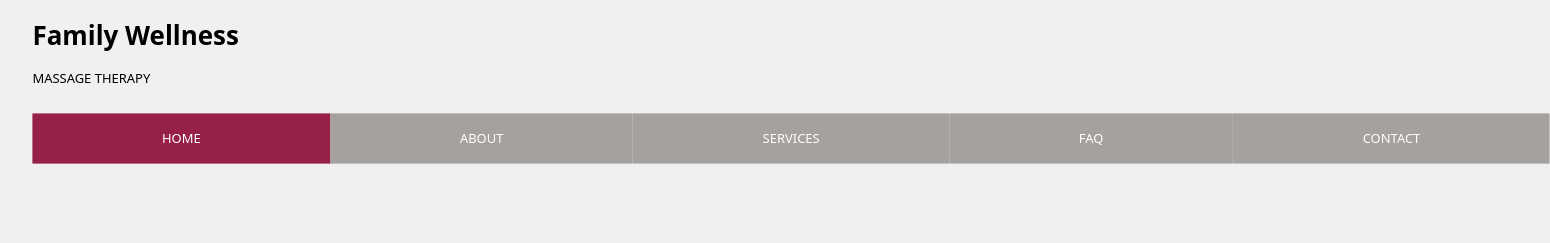
Repository: sriram1224/reactas1.github.io
Page: /
The author's editor kept a copy of each file at every save. The page is drawn from the files as they stood at one save, then again after the next save.
The browser window is 1280 px wide. The page is 1913 px wide, then 1873 px, so the pictures cover 1913 px, including what lies to the right of the window. The pictures show the whole page, at 81% of full size.
Some web fonts or font styles are not loaded; a fallback is used. The project was rebuilt for these pictures with package versions that can differ from the ones it lists, and the page was loaded fresh each time. Also part of the build but not shown: src/App.css.

Above is the page before, as saved 2024-03-05 07:19:31.

After the next save:
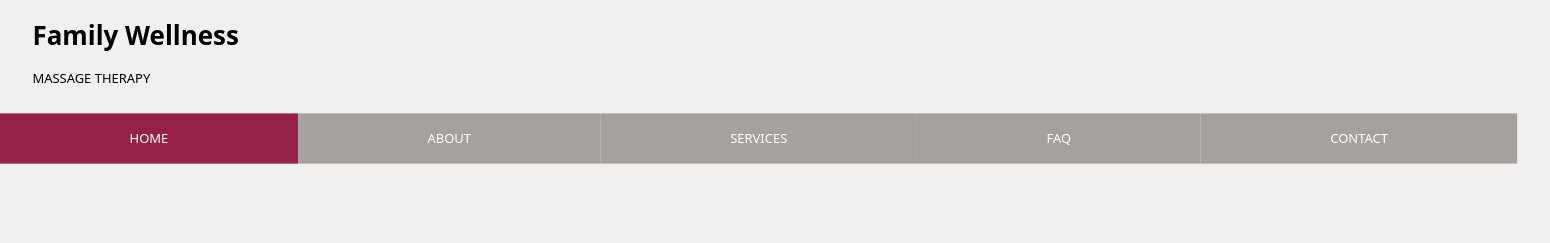
Saved 5 s later.
--- a/src/Components/Nav.css
+++ b/src/Components/Nav.css
@@ -19,7 +19,7 @@ body{
     list-style: none;
 
     width: 96%;
-   padding: auto;
+   padding: 0;
 }
 .Nav ul li{
     padding: 20px 10rem;
